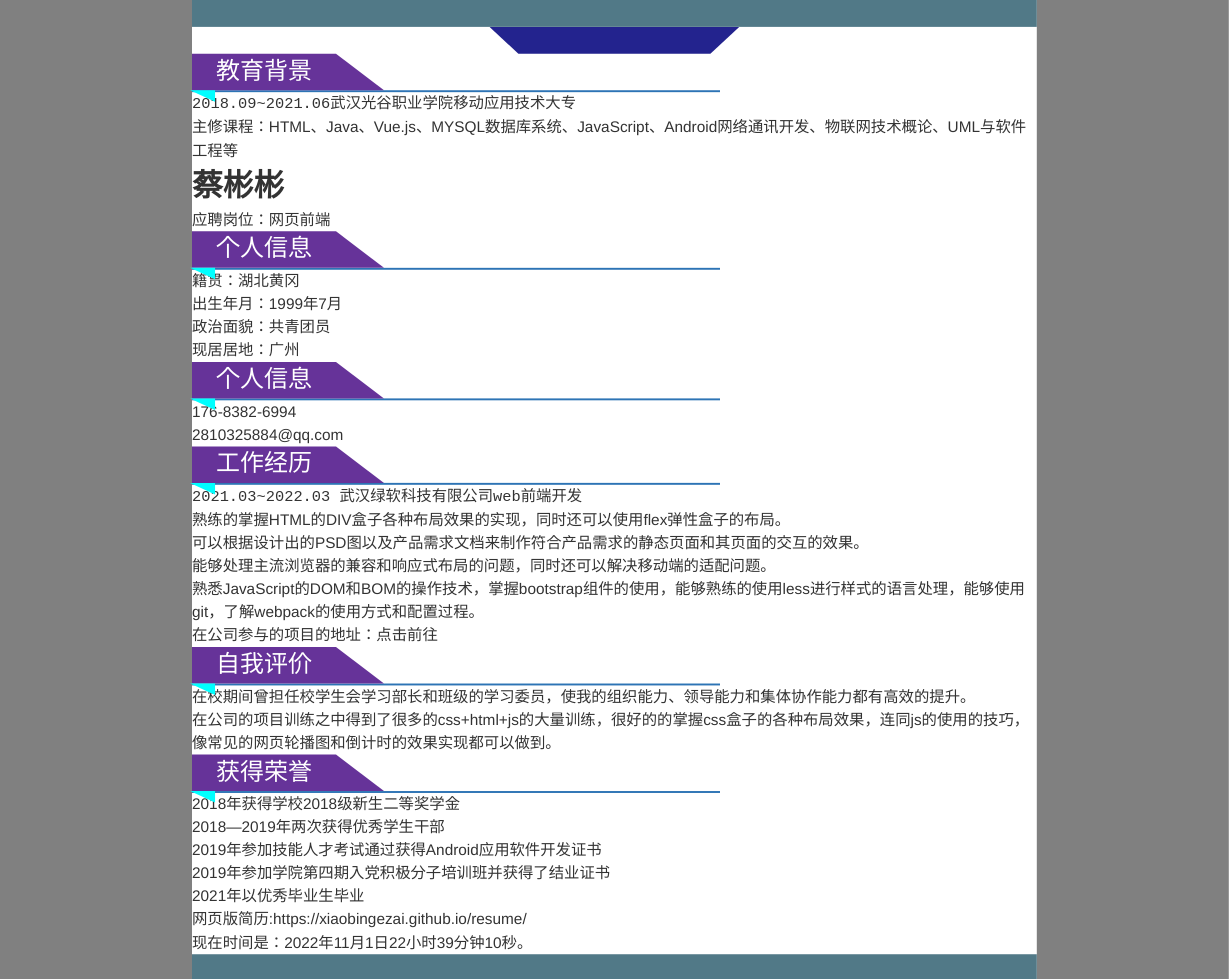
Repository: xiaobingezai/resume
Page: index.html
An editor plug-in stored every save of this project. The page is shown before and after the next save, followed by the edit.
The browser window is 1280 px wide. The pictures show the whole page, at 96% of full size.

Above is the page before, as saved 2022-11-02 22:36:44.

### index.html
<!DOCTYPE html>
<html lang="en">

<head>
    <meta charset="UTF-8">
    <meta http-equiv="X-UA-Compatible" content="IE=edge">
    <meta name="viewport" content="width=device-width, initial-scale=1.0">
    <title>Document</title>
    <link rel="stylesheet" href="css/index.css">
</head>

<body>
    <div class="wrapper" id="zhengTi">
        <div class="tiXing1"></div>
        <div id="head">
            <div class="jiaoYuBeiJing">
                <div class="zhuangShiTuPian"><samp>教育背景</samp></div>
                <div class="samp1">
                    <samp>2018.09~2021.06</samp><samp>武汉光谷职业学院</samp><samp>移动应用技术</samp><samp>大专</samp>
                </div>
                <p>主修课程：HTML、Java、Vue.js、MYSQL数据库系统、JavaScript、Android网络通讯开发、物联网技术概论、UML与软件工程等</p>
            </div>
            <div id="content" class="clearfix">
                <div class="gongZuoJingLi1">
                    <div class="first">
                        <h1>蔡彬彬</h1>
                        <p>应聘岗位：网页前端</p>
                    </div>
                    <div class="second">
                        <div class="zhuangShiTuPian"><samp>个人信息</samp></div>
                        <ul class="ul1">
                            <li>籍贯：湖北黄冈</li>
                            <li>出生年月：1999年7月</li>
                            <li>政治面貌：共青团员</li>
                            <li>现居居地：广州</li>
                        </ul>
                    </div>
                    <div class="third">
                        <div class="zhuangShiTuPian"><samp>个人信息</samp></div>
                        <ul class="ul2">
                            <li>176-8382-6994</li>
                            <li>2810325884@qq.com</li>
                        </ul>
                    </div>
                </div>
                <div class="gongZuoJingLi">
                    <div class="zhuangShiTuPian"><samp>工作经历</samp></div>

                    <ul class="gongZuoJingLi2">
                        <div class="gongZuo">
                            <samp>2021.03~2022.03 </samp><samp>武汉绿软科技有限公司</samp><samp>web前端开发</samp>
                        </div>
                        <li>熟练的掌握HTML的DIV盒子各种布局效果的实现，同时还可以使用flex弹性盒子的布局。</li>
                        <li>可以根据设计出的PSD图以及产品需求文档来制作符合产品需求的静态页面和其页面的交互的效果。</li>
                        <li>能够处理主流浏览器的兼容和响应式布局的问题，同时还可以解决移动端的适配问题。</li>
                        <li>熟悉JavaScript的DOM和BOM的操作技术，掌握bootstrap组件的使用，能够熟练的使用less进行样式的语言处理，能够使用git，了解webpack的使用方式和配置过程。</li>
                        <li>在公司参与的项目的地址：<a href="http://www.downyi.com/" target="blank">点击前往</a></li>
                    </ul>
                </div>
            </div>
            <div id="tail" class="clearfix">
                <div class="diBu1">
                    <div class="zhuangShiTuPian"><samp>自我评价</samp></div>
                    <ul>
                        <li>在校期间曾担任校学生会学习部长和班级的学习委员，使我的组织能力、领导能力和集体协作能力都有高效的提升。</li>
                        <li>在公司的项目训练之中得到了很多的css+html+js的大量训练，很好的的掌握css盒子的各种布局效果，连同js的使用的技巧，像常见的网页轮播图和倒计时的效果实现都可以做到。</li>
                    </ul>
                </div>
                <div class="diBu2">
                    <div class="zhuangShiTuPian"><samp>获得荣誉</samp></div>
                    <ul>
                        <li>2018年获得学校2018级新生二等奖学金</li>
                        <li>2018—2019年两次获得优秀学生干部</li>
                        <li>2019年参加技能人才考试通过获得Android应用软件开发证书</li>
                        <li>2019年参加学院第四期入党积极分子培训班并获得了结业证书</li>
                        <li>2021年以优秀毕业生毕业</li>
                    </ul>
                </div>
                <div id="jianLi">
                    <p >网页版简历:<a href="https://xiaobingezai.github.io/resume/" target="blank">https://xiaobingezai.github.io/resume/</a></p>
                    <div class="daoJiShi"></div>
                </div>
            </div>
        </div>
        <!-- 底部 -->
        <div class="tiXing2"></div>
    </div>
    <script src="./js/index.js"></script>
</body>

</html>

### css/index.css
/* 清除默认样式的代码 */
/* 去除常见标签默认的 margin 和 padding */
body,
h1,
h2,
h3,
h4,
h5,
h6,
p,
ul,
ol,
li,
dl,
dt,
dd,
input {
    margin: 0;
    padding: 0;
}

/* 內减模式 */
* {
    box-sizing: border-box;
}

/* 设置网页统一的字体大小、行高、字体系列相关属性 */
body {
    font: 16px/1.5 "Helvetica Neue", Helvetica, Arial, "Microsoft Yahei",
        "Hiragino Sans GB", "Heiti SC", "WenQuanYi Micro Hei", sans-serif;
    color: #333;
}

/* 去除列表默认样式 */
ul,
ol {
    list-style: none;
}

/* 去除默认的倾斜效果 */
em,
i {
    font-style: normal;
}

/* 去除a标签默认下划线，并设置默认文字颜色 */
a {
    text-decoration: none;
    color: #333;
}

/* 设置img的垂直对齐方式为居中对齐，去除img默认下间隙 */
img {
    vertical-align: middle;
}

/* 去除input默认样式 */
input {
    border: none;
    outline: none;
    color: #333;
}

/* 左浮动 */
.fl {
    float: left;
}

/* 右浮动 */
.fr {
    float: right;
}

/* 双伪元素清除法 */
.clearfix::before,
.clearfix::after {
    content: "";
    display: table;
}

.clearfix::after {
    clear: both;
}

/* 版心居中 */
.wrapper {
    width: 880px;
    margin: 0 auto;
}

body{
    background-color: rgba(128, 128,128);
}
/* 装饰横条背景 */
.zhuangShiTuPian {
    position: relative;
    text-align: center;
    line-height: 40px;
    font-size: 25px;
    color: #fff;
    width: 550px;
    height: 40px;
    border-bottom: 2px solid #2d74b5;
}
.zhuangShiTuPian::after {
    content: '';
    position: absolute;
    left: -2px;

    width: 0;
    height: 0;
    border-width: 0 26px 12px 0;
    border-style: solid;
    border-color: transparent aqua;
}
.zhuangShiTuPian samp {
    display: block;
    width: 200px;
    height: 0;
    border-bottom: 38px solid rebeccapurple;
    border-right: 50px solid transparent;
}

/* 最外层的盒子的样式设置 */
#zhengTi {
    background-color: #fff;
    border-top: 28px solid #517987 ;
    border-bottom: 28px solid #517987 ;
}
#zhengTi .tiXing1 {
    width: 260px;
    height: 0;
    margin: 0 auto;
    border-top: 28px solid #23238E;
    border-left: 30px solid transparent;
    border-right: 30px solid transparent;
}

/* head的区域 */
#zhengTi .head {
    padding-left: 30px;
}

### js/index.js
let daoJiShi = document.querySelector('.daoJiShi');
            shiJian();
            function shiJian() {
                let time = new Date();
                let nian = time.getFullYear();
                let yue = time.getMonth();
                let ri = time.getDate();
                let h = time.getHours();
                let m = time.getMinutes();
                let s = time.getSeconds();
                let dangQianShiJian = '现在时间是：' + +nian + '年' + (yue + 1) + '月' + ri + '日' + h + '小时' + m + '分钟' + s + '秒' +
                    '。';
                daoJiShi.innerHTML = dangQianShiJian;
            }
            setInterval('shiJian()', 1000);

After the next save:
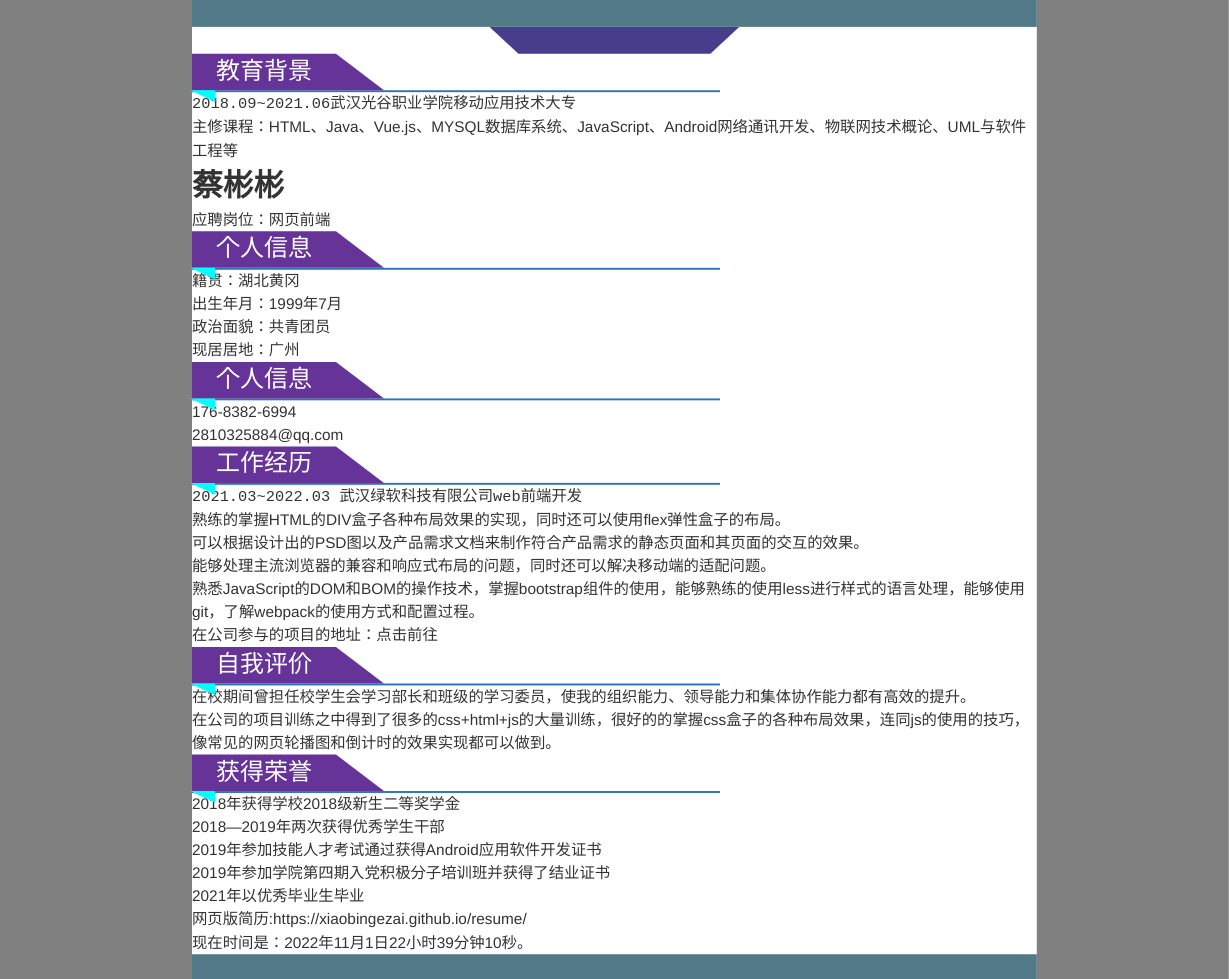
Saved 34 s later.
--- a/css/index.css
+++ b/css/index.css
@@ -131,7 +131,7 @@ body{
     width: 260px;
     height: 0;
     margin: 0 auto;
-    border-top: 28px solid #23238E;
+    border-top: 28px solid #483D8B;
     border-left: 30px solid transparent;
     border-right: 30px solid transparent;
 }
